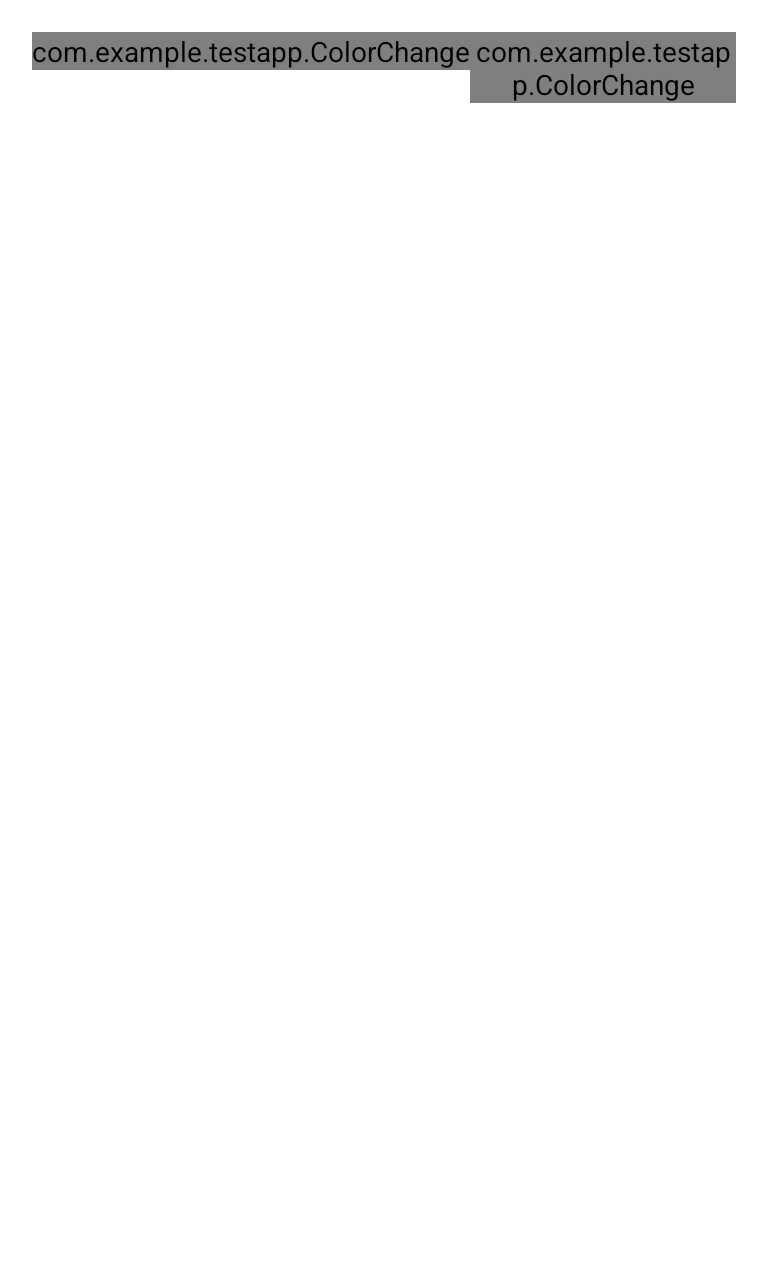
Repository: nick92/ConkyLive
Layout: testApp/res/layout/activity_main.xml
These files come from the project's save history. The layout is drawn as it stood at one moment and after the next save; the edit follows.
Pictures or frames that could not be fetched are drawn as grey boxes. It is drawn on a 768 x 1280 px phone screen (xhdpi) without system bars, with theme AppTheme; the app's code is not run.

Above is the layout before, as saved 2013-05-15 13:56:05.

### testApp/res/layout/activity_main.xml
<LinearLayout xmlns:android="http://schemas.android.com/apk/res/android"
    xmlns:tools="http://schemas.android.com/tools"
    xmlns:option="http://schemas.android.com/apk/res/com.example.testapp"
    android:layout_width="fill_parent"
    android:layout_height="fill_parent"
    android:paddingBottom="@dimen/activity_vertical_margin"
    android:paddingLeft="@dimen/activity_horizontal_margin"
    android:paddingRight="@dimen/activity_horizontal_margin"
    android:paddingTop="@dimen/activity_vertical_margin"
    tools:context=".MainActivity" >

     <com.example.testapp.ColorChange
        android:id="@+id/view2"
        android:layout_width="wrap_content"
	    android:layout_height="wrap_content"
        android:onClick="onClicked"
        option:titleText="Foreground Color"
        option:valueColor="#591e6e" />

    <com.example.testapp.ColorChange
        android:id="@+id/view1"
        android:layout_width="wrap_content"
	    android:layout_height="wrap_content"
	    android:onClick="onClicked"
        option:titleText="Background Color"
        option:valueColor="#FFA4C639" />



</LinearLayout>

Loaded but not shown: testApp/res/values/styles.xml (common file); testApp/res/values-v11/styles.xml (common file); testApp/res/values-v14/styles.xml (common file); testApp/res/values/dimens.xml (common file)

After the next save:
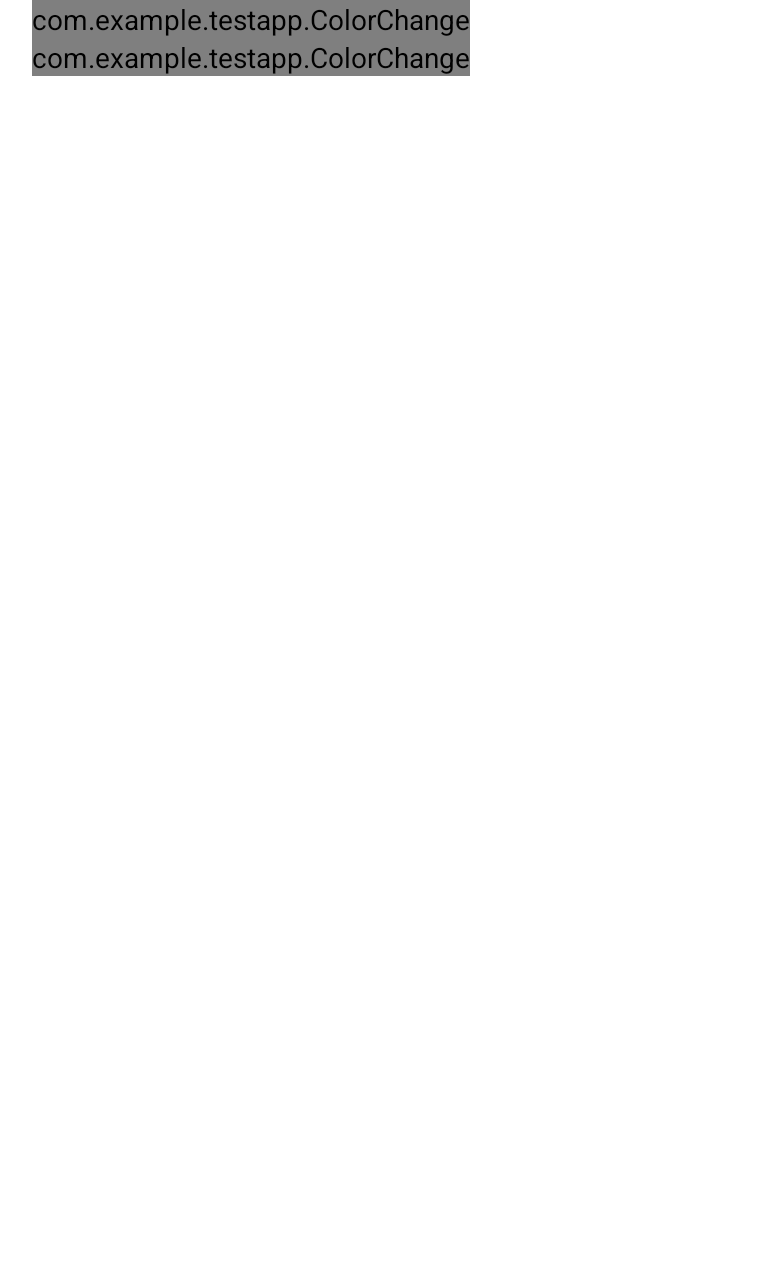
Saved 93 s later.
--- a/testApp/res/layout/activity_main.xml
+++ b/testApp/res/layout/activity_main.xml
@@ -3,11 +3,10 @@
     xmlns:option="http://schemas.android.com/apk/res/com.example.testapp"
     android:layout_width="fill_parent"
     android:layout_height="fill_parent"
-    android:paddingBottom="@dimen/activity_vertical_margin"
     android:paddingLeft="@dimen/activity_horizontal_margin"
     android:paddingRight="@dimen/activity_horizontal_margin"
-    android:paddingTop="@dimen/activity_vertical_margin"
-    tools:context=".MainActivity" >
+    tools:context=".MainActivity"
+    android:orientation="vertical" >
 
      <com.example.testapp.ColorChange
         android:id="@+id/view2"
